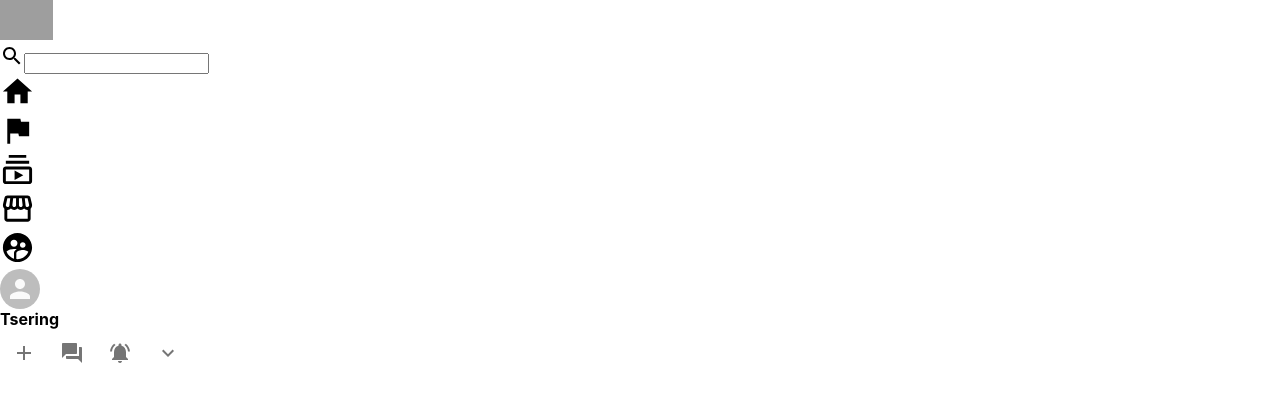
Repository: exiled-kal/FaceBook
Page: /
The author's editor kept a copy of each file at every save. The page is drawn from the files as they stood at one save, then again after a run of saves.
The browser window is 1280 px wide. The pictures show the whole page.
Pictures or frames that could not be fetched are drawn as grey boxes. The project was rebuilt for these pictures with package versions that can differ from the ones it lists, and the page was loaded fresh each time. Also part of the build but not shown: src/App.css.

Above is the page before, as saved 2020-08-29 21:46:50.

After the next 2 saves:
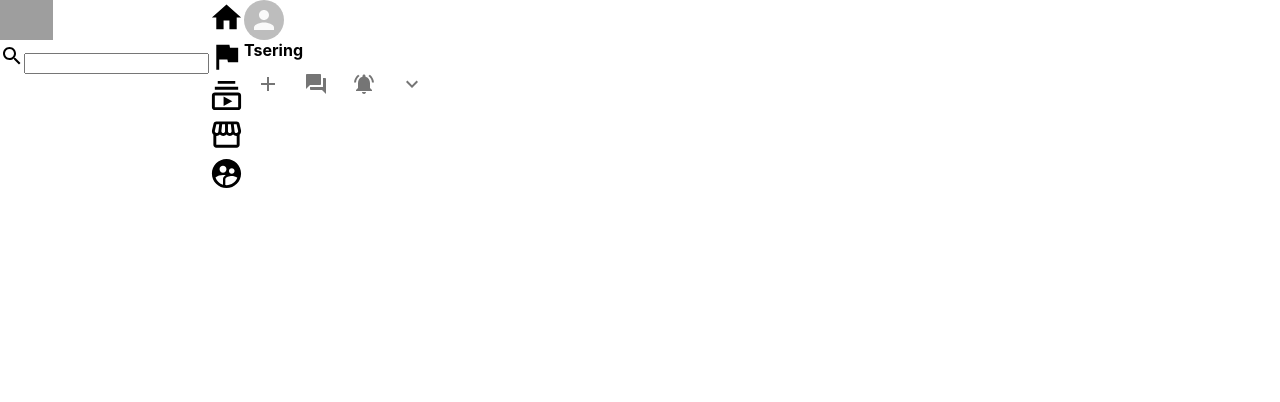
The 2 saves are shown as one change because they came seconds apart.
The last was saved 8 s later.
--- a/src/Header.css
+++ b/src/Header.css
@@ -1,5 +1,6 @@
 .header {
-    padding: ;
+    display: flex;
+
 }
 
 
